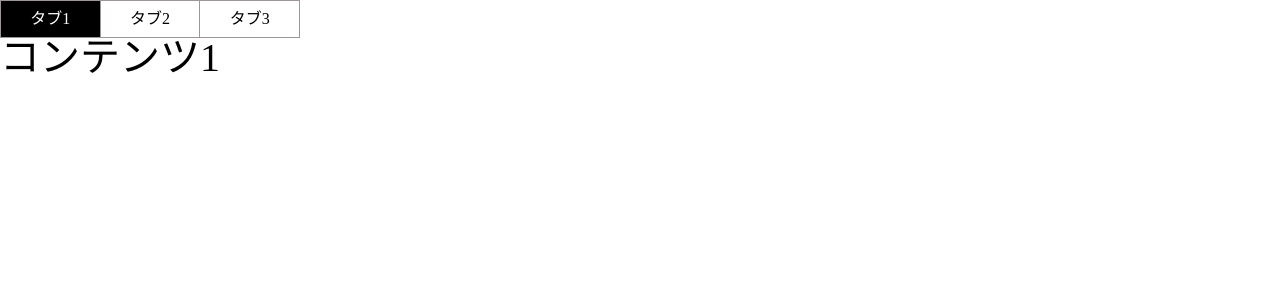
Repository: masanarimiura/20220617_miura
Page: modal.html
These files come from the project's save history. The page is drawn as it stood at one moment and after a run of saves; the edit follows.
The browser window is 1280 px wide. The pictures show the whole page.

Above is the page before, as saved 2022-06-17 18:23:31.

After the next 2 saves:
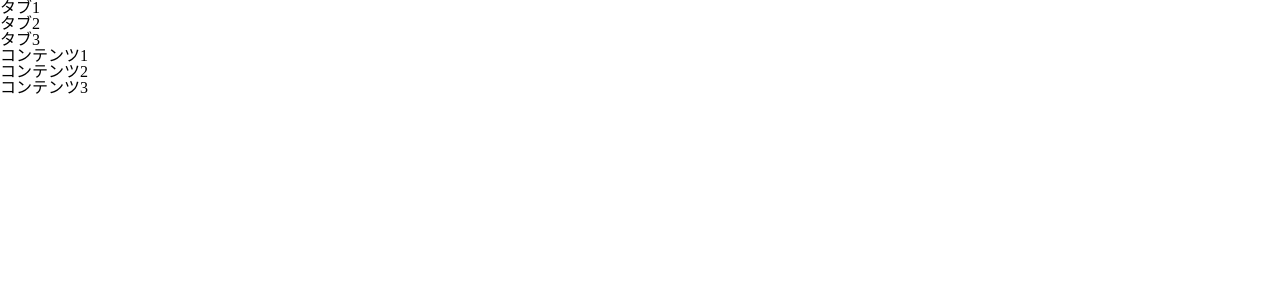
The 2 saves are shown as one change because they came seconds apart.
The last was saved 106 s later.
--- a/modal.html
+++ b/modal.html
@@ -173,41 +173,6 @@
     select {
       vertical-align: middle;
     }
-
-    #tab {
-      width: 300px;
-    }
-
-    .tab-menu {
-      display: flex;
-    }
-
-    .tabMenuItem {
-      text-align: center;
-      padding: 10px 0;
-      cursor: pointer;
-      list-style: none;
-      width: 100px;
-      border: 1px solid rgb(157, 150, 150);
-    }
-
-    .tabMenuItem:not(:first-child) {
-      border-left: none;
-    }
-
-    .tabMenuItem.active {
-      background: #000;
-      color: white;
-    }
-
-    .tabContentItem {
-      display: none;
-      font-size: 40px;
-    }
-
-    .tabContentItem.show {
-      display: block;
-    }
   </style>
 </head>
 
